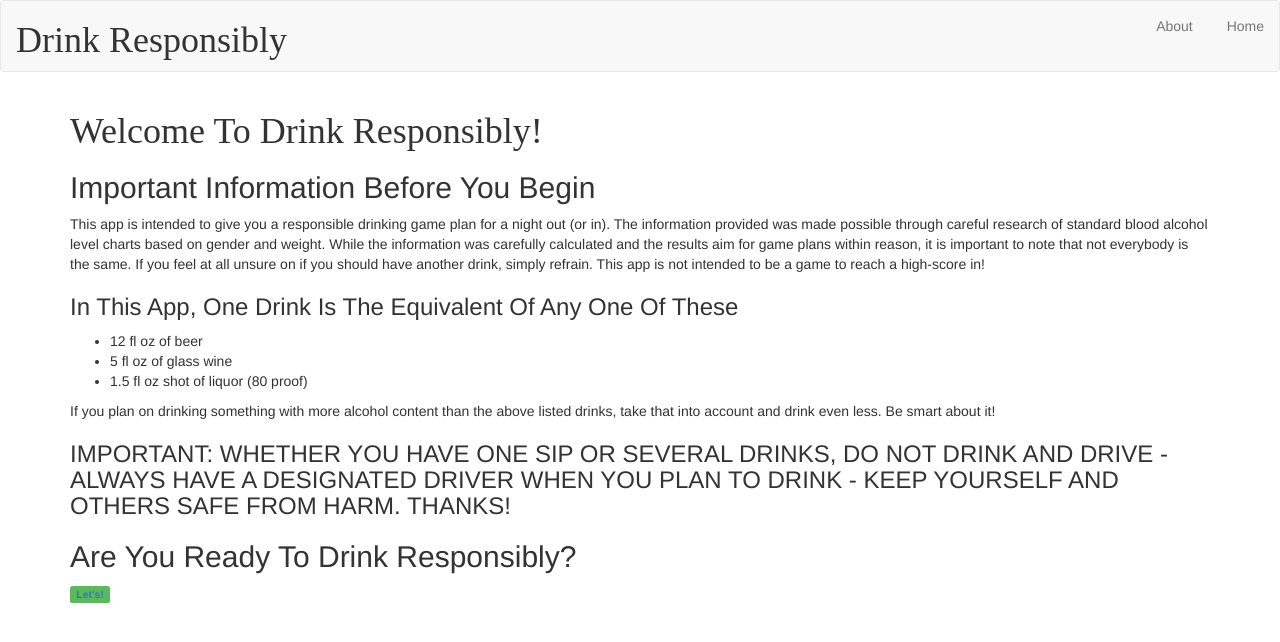
Repository: NatNat180/DrinkResponsibly
Page: http://localhost/DrinkResponsibly/
These files come from the project's save history. The page is drawn as it stood at one moment and after the next save; the edit follows.
The browser window is 1280 px wide. The pictures show the whole page.
Some web fonts or font styles are not loaded; a fallback is used. The page is served by Tomcat 9.

Above is the page before, as saved 2016-04-07 15:08:49.

After the next save:
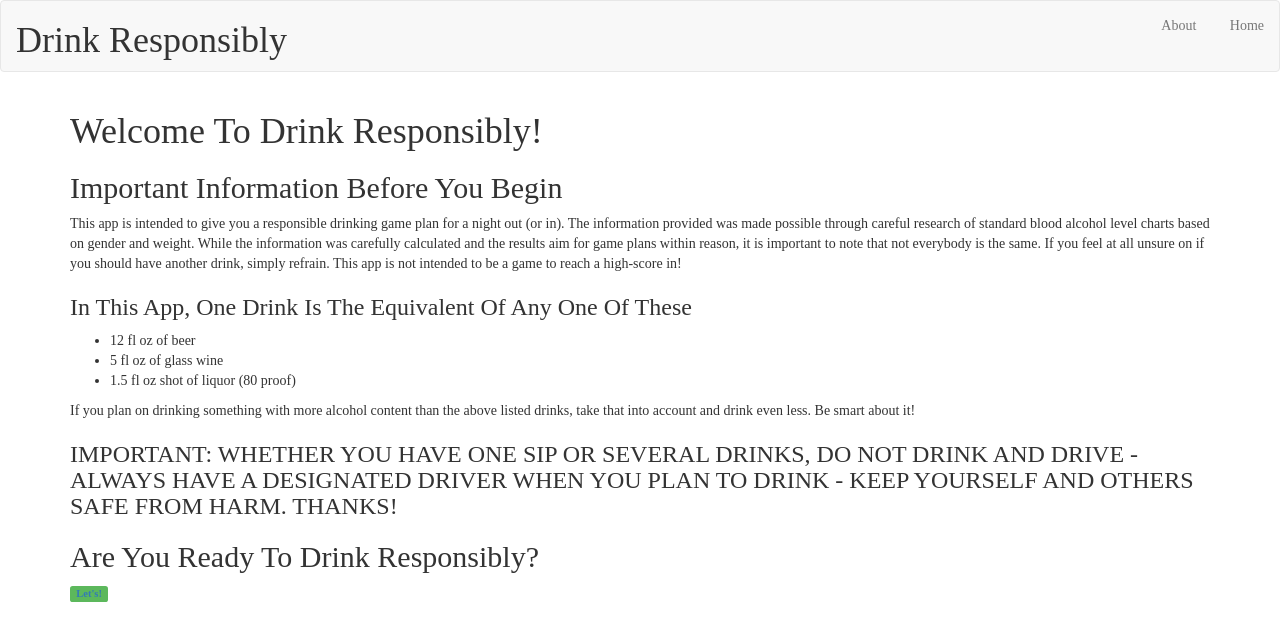
Saved 13 min 45 s later.
--- a/DrinkResponsibly/WebContent/css/style.css
+++ b/DrinkResponsibly/WebContent/css/style.css
@@ -9,3 +9,7 @@ font-family: 'Amatic SC', cursive;
 */
 
 h1 {font-family: 'Amatic SC', cursive;}
+
+body {
+	font-family: 'Poiret One', cursive;
+}
